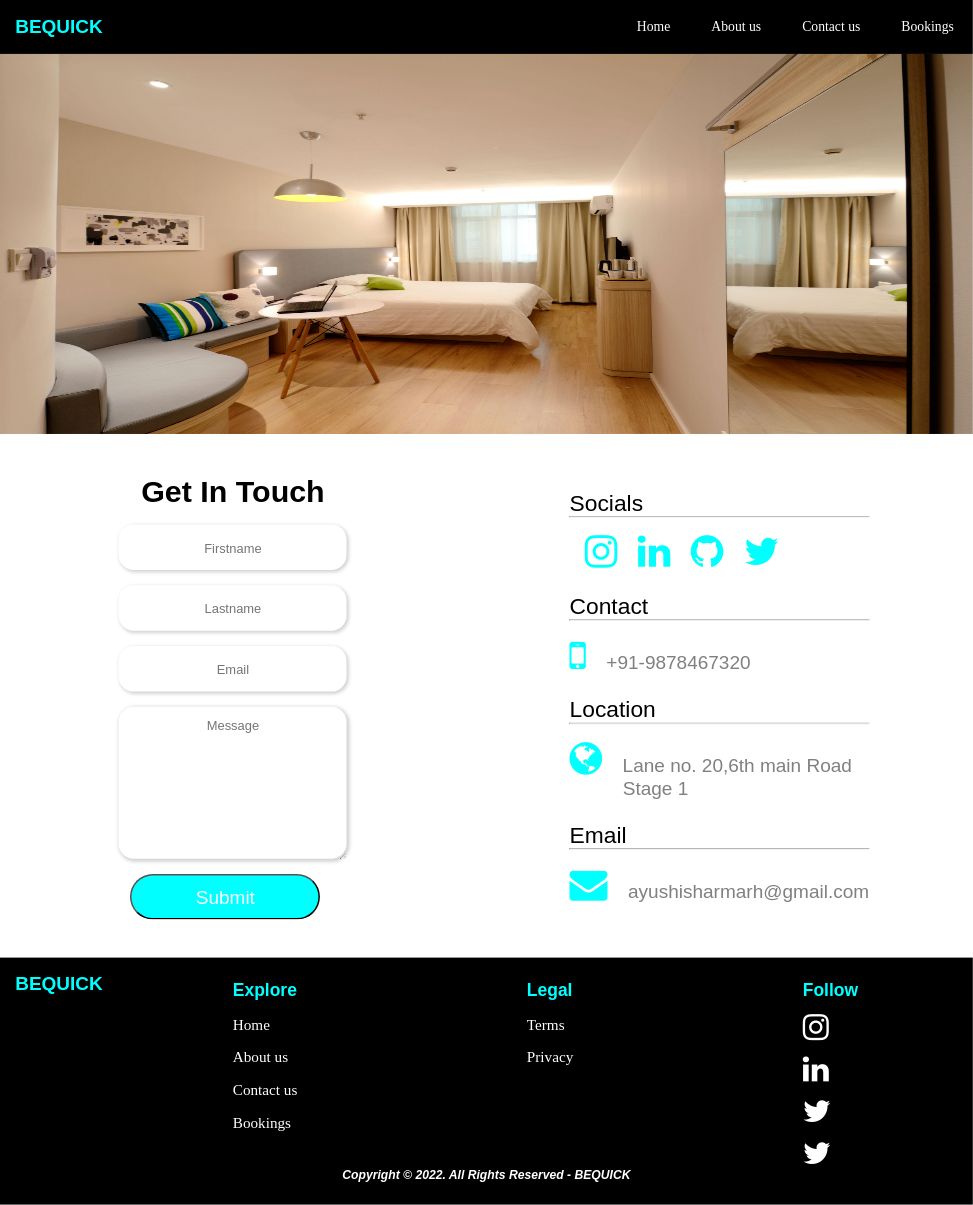
Repository: Ayushi6Sharma/BEQUICK_Hotel_Booking_Web
Page: about.html
These files come from the project's save history. The page is drawn as it stood at one moment and after the next save; the edit follows.
The browser window is 1280 px wide. The pictures show the whole page, at 76% of full size.

Above is the page before, as saved 2022-05-10 01:36:57.

After the next save:
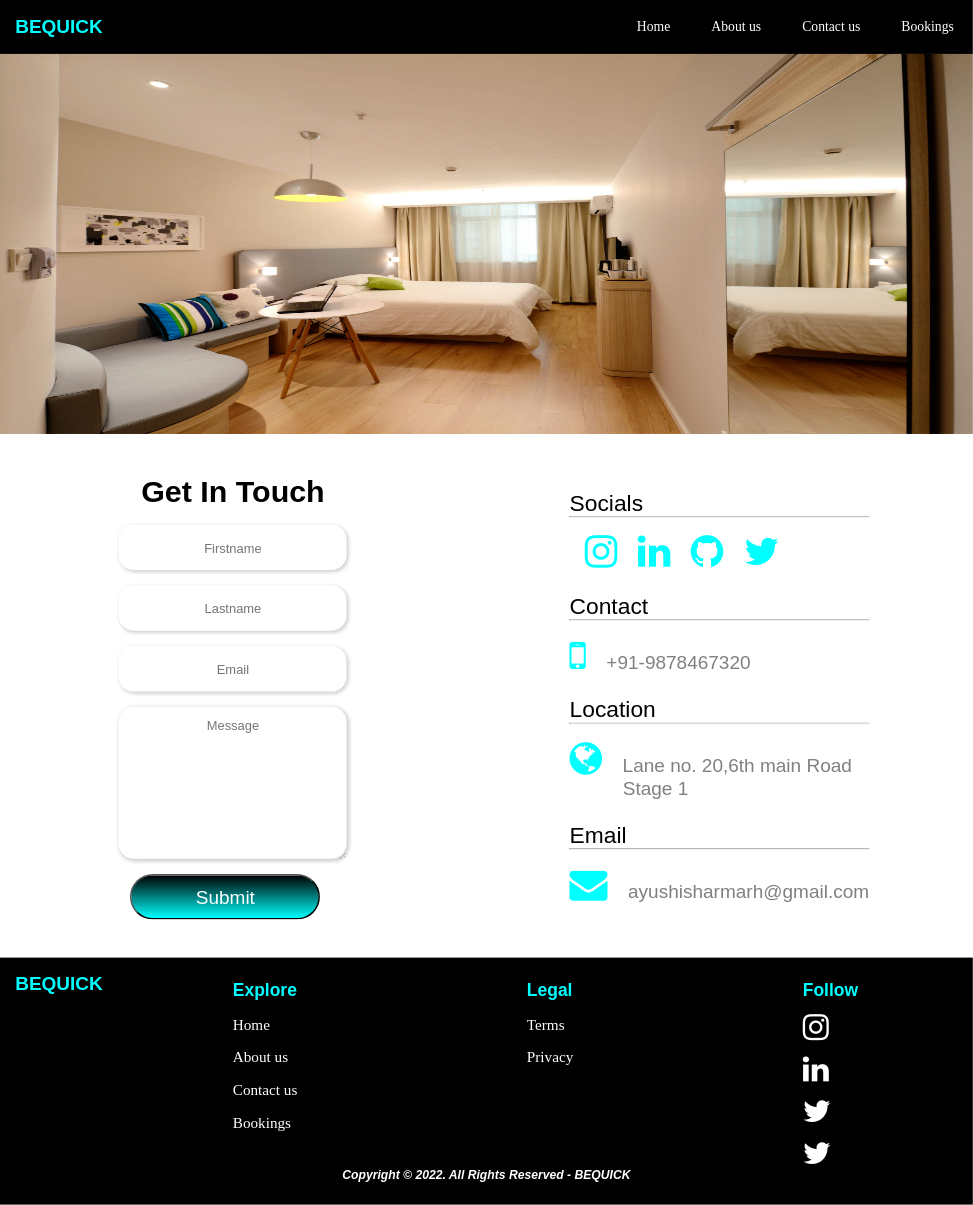
Saved 26 s later.
--- a/style/aboutstyle.css
+++ b/style/aboutstyle.css
@@ -51,7 +51,7 @@ textarea
 {
     width:250px;
     height: 60px;
-    background-color: aqua;
+    background-image:linear-gradient(black,aqua);
     color:white;
     border-radius: 40px;
     text-align: center;
